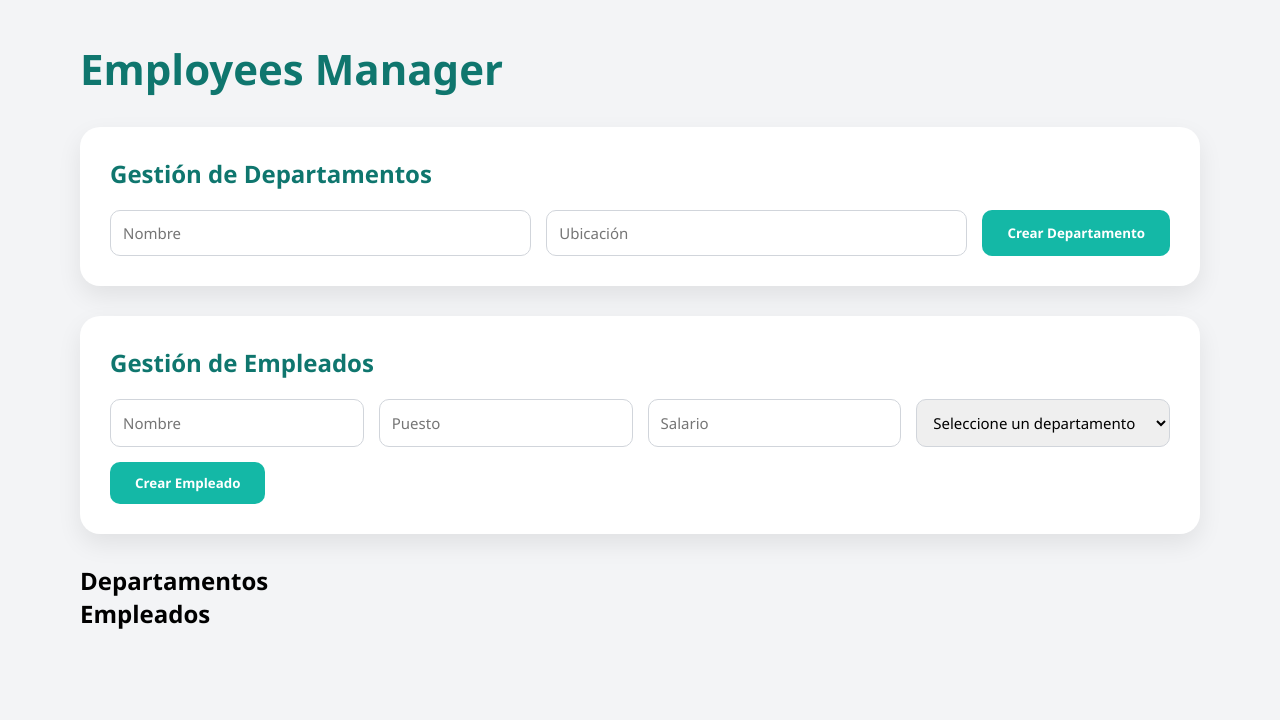
Repository: AnaSofiaRosero/parcial-4
Page: /
An editor plug-in stored every save of this project. The page is shown before and after the next save, followed by the edit.
The browser window is 1280 px wide. The pictures show the whole page.
The project was rebuilt for these pictures with package versions that can differ from the ones it lists, and the page was loaded fresh each time. Also part of the build but not shown: vite.config.ts, src/index.css.

Above is the page before, as saved 2026-06-02 14:05:22.
Console error: TypeError: Cannot read properties of undefined (reading 'from')

After the next save:
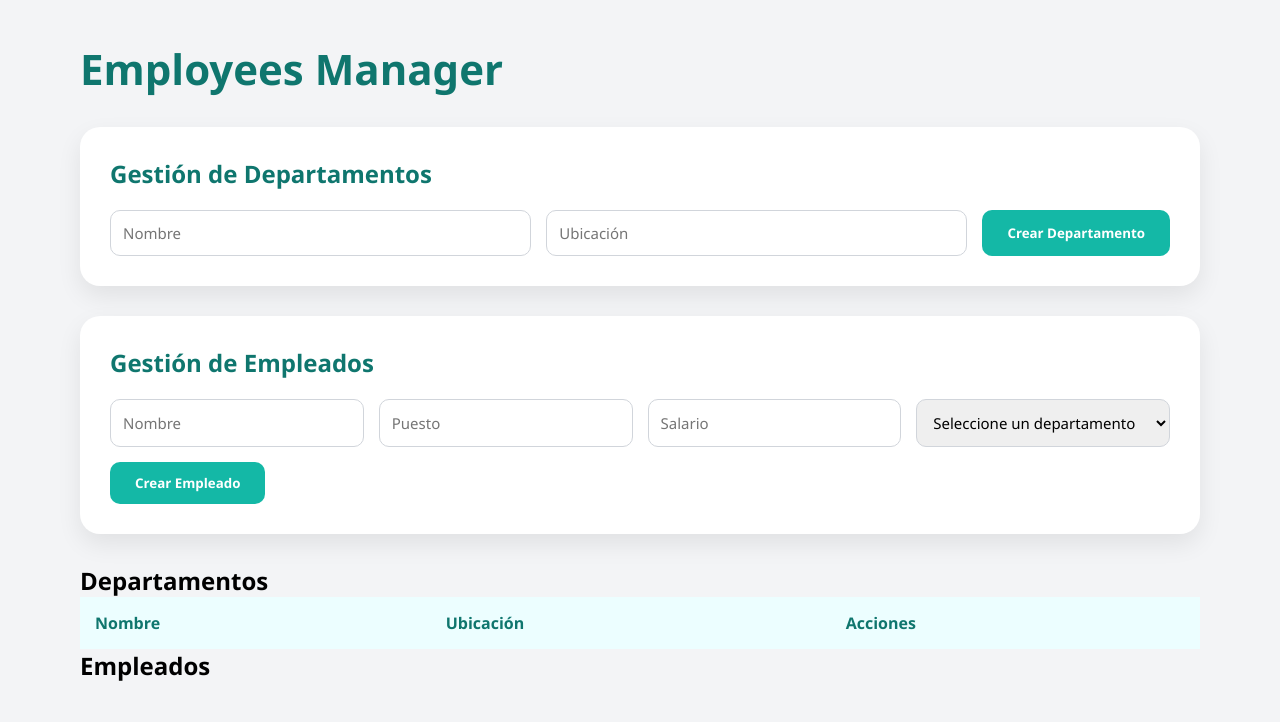
Saved 104 s later.
--- a/src/App.tsx
+++ b/src/App.tsx
@@ -316,19 +316,25 @@ function App() {
 
       <h2>Departamentos</h2>
 
-      {departamentos.map((departamento) => (
-        <div key={departamento.id}>
-          <p>
-            <strong>{departamento.nombre}</strong>
-          </p>
-
-          <p>{departamento.ubicacion}</p>
-
+<table className="table">
+  <thead>
+    <tr>
+      <th>Nombre</th>
+      <th>Ubicación</th>
+      <th>Acciones</th>
+    </tr>
+  </thead>
+
+  <tbody>
+    {departamentos.map((departamento) => (
+      <tr key={departamento.id}>
+        <td>{departamento.nombre}</td>
+        <td>{departamento.ubicacion}</td>
+
+        <td>
           <button
             className="edit-btn"
-            onClick={() =>
-              editarDepartamento(departamento)
-            }
+            onClick={() => editarDepartamento(departamento)}
           >
             Editar
           </button>
@@ -347,8 +353,11 @@ function App() {
           >
             Eliminar
           </button>
-        </div>
-      ))}
+        </td>
+      </tr>
+    ))}
+  </tbody>
+</table>
 
       <h2>Empleados</h2>
 
